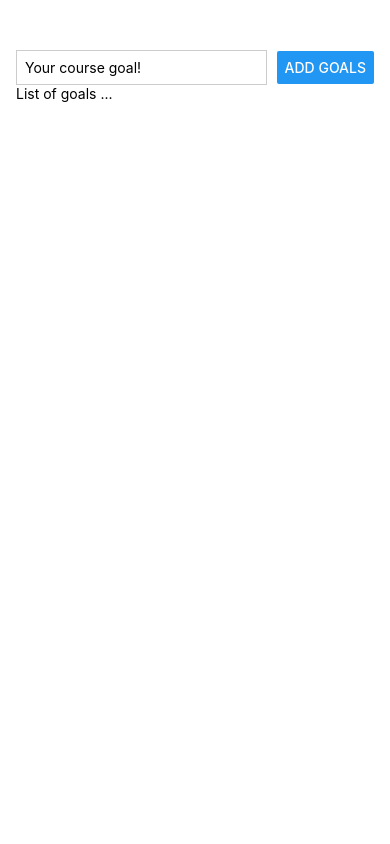
Repository: vanh1604/Todo-List
Screen: /
The author's editor kept a copy of each file at every save. The screen is drawn from the files as they stood at one save, then again after the next save.
The app was drawn by React Native's web renderer in a window 390 px wide. The project was rebuilt for these pictures with package versions that can differ from the ones it lists, and the page was loaded fresh each time.

Above is the screen before, as saved 2023-06-16 15:33:49.

### App.js
import { StyleSheet, Text, TextInput, View, Button } from "react-native";

export default function App() {
  return (
    <View style={styles.appContainer}>
      <View style={styles.inputContainer}>
        <TextInput
          style={styles.textInput}
          placeholder="Your course goal!"
        ></TextInput>
        <Button title="Add goals" />
      </View>
      <View>
        <Text>List of goals ...</Text>
      </View>
    </View>
  );
}

const styles = StyleSheet.create({
  appContainer: {
    paddingTop: 50,
    paddingHorizontal: 16,
  },
  inputContainer: {
    flexDirection: "row",
    justifyContent: "space-between",
    alignItems: "center",
  },
  textInput: {
    borderWidth: 1,
    borderColor: "#cccccc",
    width: "70%",
    marginRight: 8,
    padding: 8,
  },
});

After the next save:
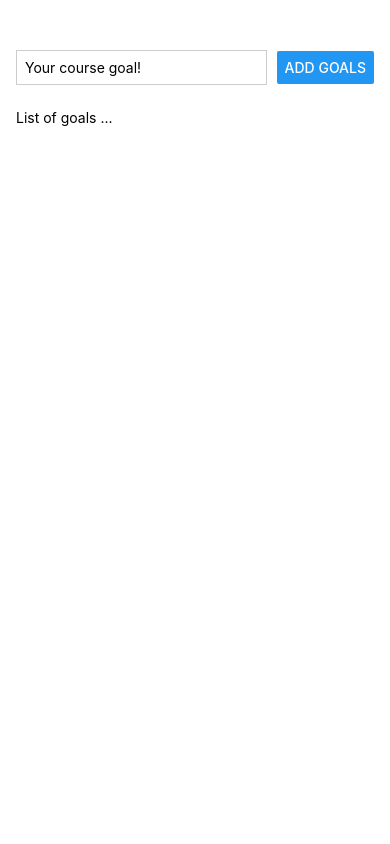
Saved 47 s later.
--- a/App.js
+++ b/App.js
@@ -26,6 +26,7 @@ const styles = StyleSheet.create({
     flexDirection: "row",
     justifyContent: "space-between",
     alignItems: "center",
+    paddingBottom: 24,
   },
   textInput: {
     borderWidth: 1,
